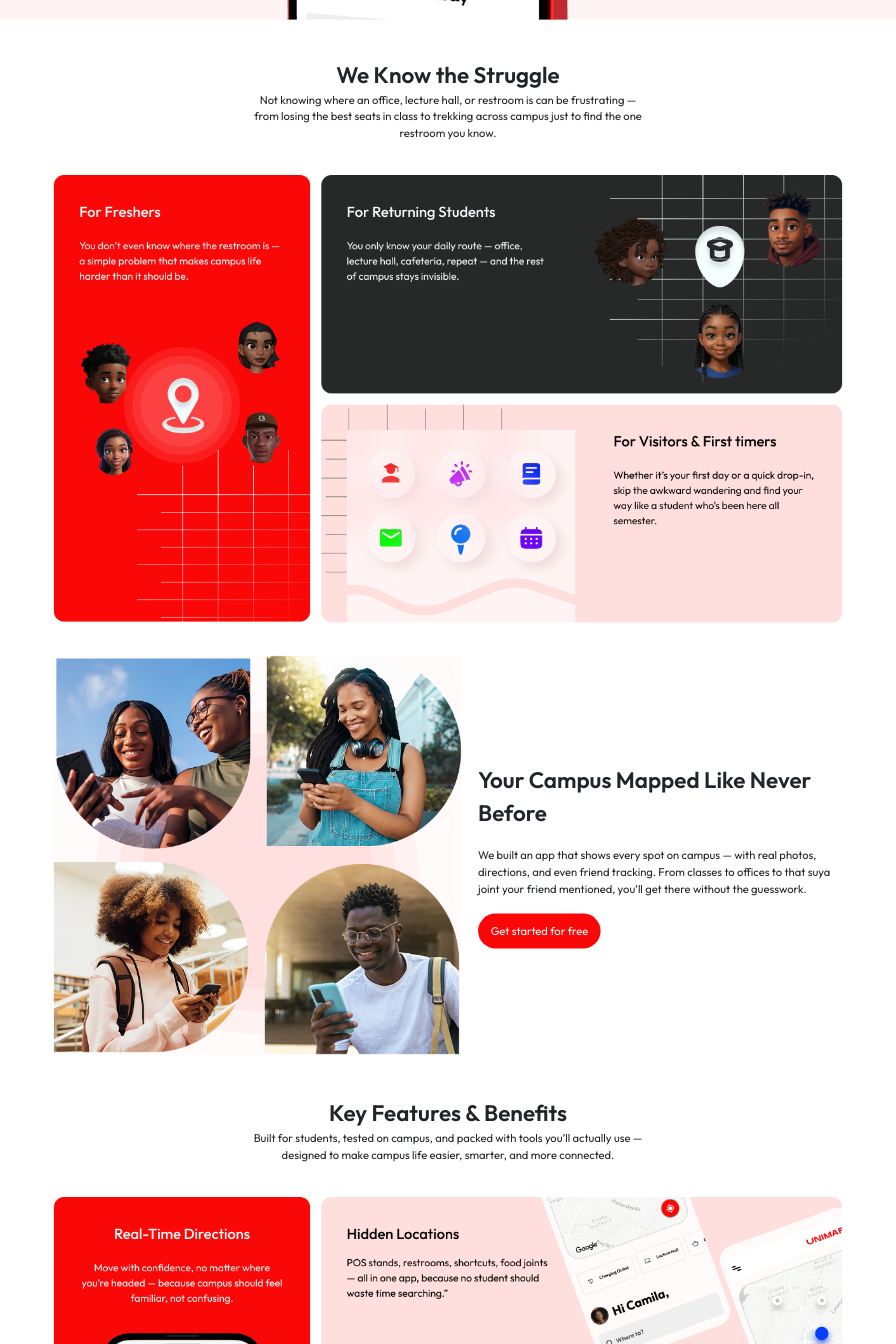
Repository: SahMenz/MUM-website
Page: /#/
The author's editor kept a copy of each file at every save. The page is drawn from the files as they stood at one save, then again after the next save.
The browser window is 1280 px wide. The pictures show the part of the page from y = 1360 to 3280 px (the page is 4570 px tall before and 4552 px after), at 70% of full size.
The project was rebuilt for these pictures with package versions that can differ from the ones it lists, and the page was loaded fresh each time. Also part of the build but not shown: vite.config.js.

Above is the page before, as saved 2025-08-31 00:27:11.

### index.html
<!DOCTYPE html>
<html lang="en">
  <head>
    <meta charset="UTF-8" />
    <link rel="icon" type="image/svg+xml" href="/vite.svg" />
    <link rel="preconnect" href="https://fonts.googleapis.com" />
    <link rel="preconnect" href="https://fonts.gstatic.com" crossorigin />
    <link
      href="https://fonts.googleapis.com/css2?family=Outfit:wght@100..900&display=swap"
      rel="stylesheet"
    />
    <link
      rel="stylesheet"
      href="https://cdn.jsdelivr.net/npm/bootstrap@5.3.5/dist/css/bootstrap.min.css"
      integrity="sha384-SgOJa3DmI69IUzQ2PVdRZhwQ+dy64/BUtbMJw1MZ8t5HZApcHrRKUc4W0kG879m7"
      crossorigin="anonymous"
    />
    <meta name="viewport" content="width=device-width, initial-scale=1.0" />
    <title>MUM</title>
  </head>
  <body>
    <div id="root"></div>
    <script type="module" src="/src/main.jsx"></script>
  </body>
</html>

### src/index.css
*,
*::after,
*::before {
  box-sizing: border-box;
  margin: 0px;
  padding: 0px;
  font-family: "Outfit", sans-serif;
}
button {
  border: none;
}

### src/App.jsx
import { HashRouter, Route, Routes } from "react-router-dom";
import "./App.css";
import ScrollToTop from "./components/scroll/ScrollToTop";
import Home from "./components/home/home";

function App() {
  return (
    <div>
      <HashRouter>
        <ScrollToTop />
        <Routes>
          <Route path="/" element={<Home />} />
        </Routes>
      </HashRouter>
    </div>
  );
}

export default App;

### src/App.css
/* BACKGROUND */
.bg-ff4 {
  background-color: #fff4f4;
}
.bg-ff {
  background-color: #ffffff;
}
.bg-ffb{
  background-color:#FFFBFBCC;
}
.bg-00 {
  background-color: #000000;
}
.bg-fa {
  background-color: #fa0808;
}
.bg-e4 {
  background-color: #e4e4e4;
}
.bg-d3 {
  background-color: #d3d3d3;
}
.bg-ffd {
  background-color: #ffdede;
}
.bg-trans {
  background-color: transparent;
}

/* TEXT COLOR */
.txt-00 {
  color: #000000;
}
.txt-ff {
  color: #ffffff;
}
.txt-f8 {
  color: #f8edd9;
}
.txt-f5 {
  color: #f5ffff;
}
.txt-14 {
  color: #141416;
}
.txt-73 {
  color: #737373;
}

/* FONT WEIGHT */
.fw-100{
  font-weight:100;
}
.fw-200{
  font-weight:200;
}
.fw-300{
  font-weight:300 ;
}
.fw-400{
  font-weight: 400;
}
.fw-500{
  font: weight 500;
}
.fw-600{
  font-weight:600;
}
.fw-700{
  font-weight: 700;
}
.fw-800{
  font-weight: 800;
}
.fw-900{
  font-weight: 900;
}


/* FONT SIZE */
.fs-48 {
  font-size: 26px;
}
.fs-19 {
  font-size: 11px;
}
.fs-13 {
  font-size: 8px;
}
.fs-16 {
  font-size: 9px;
}
.fs-23 {
  font-size: 12px;
}
.fs-25 {
  font-size: 17px;
}
.fs-45 {
  font-size: 22px;
}
.fs-32 {
  font-size: 10px;
}
.fs-11 {
  font-size: 8px;
}
.fs-72 {
  font-size: 26px;
}
.fs-83{
  font-size: 28px;
}
.fs-56{
  font-size: 18px;
}
.fs-63{
  font-size: 22px;
}
@media (min-width: 768px) {
  .fs-48 {
    font-size: 48px;
  }
  .fs-19 {
    font-size: 19px;
  }
  .fs-13 {
    font-size: 13px;
  }
  .fs-16 {
    font-size: 16px;
  }
  .fs-23 {
    font-size: 23px;
  }
  .fs-25 {
    font-size: 25px;
  }
  .fs-43 {
    font-size: 43px;
  }
  .fs-32 {
    font-size: 32px;
  }
  .fs-11 {
    font-size: 11px;
  }
  .fs-72 {
    font-size: 72px;
  }
  .fs-63 {
    font-size: 63px;
  }
  .fs-83{
    font-size: 83px;
  }
  .fs-56{
    font-size: 56px;
  }
}



/* EXTRA */

.alignSelfCenter{
  align-self: center;
}
.alignSelfStart{
  align-self: start;
}
.alignSelfEnd{
  align-self: end;
}
.spacing-50 {
  padding: 30px 77px;
}
@media (max-width: 768px) {
  .spacing-50 {
    padding: 25px 20px;
  }
}

### src/components/scroll/ScrollToTop.jsx
import { useEffect } from "react";
import { useLocation } from "react-router-dom";


export default function ScrollToTop({ evtToChange }){

    const pathname = useLocation().pathname

    useEffect(() => {
        window.scrollTo(0, 0)
    }, [pathname, evtToChange])

    return <div />
}

### src/components/home/home.jsx
import { useRef } from "react";
import About from "../about/about";
import Hero from "../hero/hero";
import Features from "../features/features";
import HowItWorks from "../howItWorks/howItWorks";
import Faqs from "../faqs/faqs";
import Navigation from "../navigation/navigation";

function Home() {
  const refHome = useRef(null);
  const refAbout = useRef(null);
  const refFeatures = useRef(null);
  const refHowItWork = useRef(null);
  const refFaqs = useRef(null);

  const handleHomeClick = () => {
    if (refHome.current) {
      refHome.current.scrollIntoView();
    }
  };
  const handleAboutClick = () => {
    if (refAbout.current) {
      refAbout.current.scrollIntoView();
    }
  };
  const handleFeaturesClick = () => {
    if (refFeatures.current) {
      refFeatures.current.scrollIntoView();
    }
  };
  const handleHowItWorkClick = () => {
    if (refHowItWork.current) {
      refHowItWork.current.scrollIntoView();
    }
  };
  const handleFaqsClick = () => {
    if (refFaqs.current) {
      refFaqs.current.scrollIntoView();
    }
  };

  return (
    <div className="">
      <Navigation
        onHomeClick={handleHomeClick}
        onAboutClick={handleAboutClick}
        onFeaturesClick={handleFeaturesClick}
        onHowItWorkClick={handleHowItWorkClick}
        onFaqsClick={handleFaqsClick}
      />
      <div ref={refHome}>
        <Hero />
      </div>
      <div ref={refAbout}>
        <About />
      </div>
      <div ref={refFeatures}>
        <Features />
      </div>
      <div ref={refHowItWork}>
        <HowItWorks />
      </div>
      <div ref={refFaqs}>
        <Faqs />
      </div>
    </div>
  );
}

export default Home;

### src/components/about/about.jsx
import forFreshers from "../../assets/images/forFreshers.png";
import forReturningStudent from "../../assets/images/forReturningStudent.png";
import forVisitors from "../../assets/images/forVisitors.png";
import yourCampus from "../../assets/images/yourCampus.png";

function About() {
  return (
    <div className="spacing-50 mt-4 d-flex flex-column align-items-center">
      <div className="text-center" style={{ maxWidth: "569px" }}>
        <div className="fs-32 fw-600">We Know the Struggle</div>
        <div className="fs-16 fw-400">
          Not knowing where an office, lecture hall, or restroom is can be
          frustrating — from losing the best seats in class to trekking across
          campus just to find the one restroom you know.
        </div>
      </div>
      <div className="d-flex gap-3 mt-5">
        <div>
          <img src={forFreshers} style={{ width: "100%" }} />
        </div>
        <div className="d-flex gap-3 flex-column">
          <div>
            <img src={forReturningStudent} style={{ width: "100%" }} />
          </div>
          <div>
            <img src={forVisitors} style={{ width: "100%" }} />
          </div>
        </div>
      </div>
      <div className="d-flex justify-content-between col-10 col-lg-12 mt-5 align-items-center gap-4">
        <div><img src={yourCampus} style={{width:"100%"}}/></div>
        <div className="text-start" style={{maxWidth:"520px"}}>
          <div className="fs-32 fw-600">
            Your Campus Mapped Like Never Before
          </div>
          <div className="fs-16 fw-400 my-4">
            We built an app that shows every spot on campus — with real photos,
            directions, and even friend tracking. From classes to offices to
            that suya joint your friend mentioned, you’ll get there without the
            guesswork.
          </div>
          <button
            className="d-flex align-items-center fs-16"
            style={{
              backgroundColor: "#FA0808",
              borderRadius: "40px",
              padding: "13px 18px",
              color: "white",
            }}
          >
            <p className="mb-0 fw-500">Get started for free</p>
          </button>
        </div>
      </div>
    </div>
  );
}

export default About;

### src/components/hero/hero.jsx
import playStore from "../../assets/images/playStore.png";
import appleStore from "../../assets/images/appleStore.png";
import mumOnPhone from "../../assets/images/mumOnPhone.png";
import unCover from "../../assets/images/uncover.svg";
import navigate from "../../assets/images/navigate.svg";
import connect from "../../assets/images/connect.svg";
import "./hero.css";

function Hero() {
  return (
    <div className="bg-ff4  d-flex align-items-center flex-column justify-content-center text-center">
      <div className="spacing-50 fs-63 fw-600">
        Find Every Corner of Your Campus And Your Friends Too.
      </div>
      <div className="spacing-50-adjusted fw-400 fs-19 col-10 col-md-8 ">
        From hidden restrooms and food joints to that one POS that actually
        works — our campus navigation app helps you see what Google doesn’t.{" "}
        <b>Made by students, for students.</b>
      </div>
      <div className="d-flex gap-4 mt-4 spacing-50-adjusted">
        <button
          className="d-flex gap-3 txt-ff bg-00"
          style={{ borderRadius: "10px", padding: "7px 20px" }}
        >
          <img src={playStore} />
          <div className="text-start">
            <div className="fs-11 fw-600">Available on</div>
            <div className="fs-19 fw-600">Google Play</div>
          </div>
        </button>
        <button
          className="d-flex gap-3 txt-ff bg-00"
          style={{ borderRadius: "10px", padding: "7px 20px" }}
        >
          <img src={appleStore} />
          <div className="text-start">
            <div className="fs-11 fw-600">Available on</div>
            <div className="fs-19 fw-600">Apple Store</div>
          </div>
        </button>
      </div>
      <div className="d-flex flex-column align-items-center flex-xl-row wavyBackground justify-content-center pt-3 mt-5 gap-4">
        <div
          className="text-start bg-ffb p-4"
          style={{ maxWidth: "284px",minWidth:"264px", borderRadius: "16px" }}
        >
          <div>
            <img src={unCover} />
          </div>
          <div className="fs-16 fw-500 mt-4 mb-3">
            Uncover Hidden Campus Spots
          </div>
          <div className="fs-13 fw-400">
            Restrooms, food joints, study nooks, and hangout corners — discover
            the places only students talk about. Explore your campus like never
            before.
          </div>
        </div>
        <img src={mumOnPhone} style={{width:"100%", maxWidth:"427px"}}/>
        <div className="d-flex flex-column gap-5">
          {/* <div> */}
          <div
            className="text-start bg-ffb p-4 ms-5"
            style={{ maxWidth: "284px",minWidth:"248px", borderRadius: "16px" }}
          >
            <div>
              <img src={navigate} />
            </div>
            <div className="fs-16 fw-500 mt-4 mb-3">
              Navigate Shortcuts With Ease
            </div>
            <div className="fs-13 fw-400">
              Forget long detours and confusing hallways. Find the fastest paths
              to classes, hostels, or food spots, and always arrive on time.
            </div>
          </div>
          <div className="d-none d-lg-block" style={{height:"4vh", maxHeight:"200px"}}>

          </div>
          <div
            className="text-start bg-ffb p-4"
            style={{ maxWidth: "284px",minWidth:"250px", borderRadius: "16px" }}
          >
            <div>
              <img src={connect} />
            </div>
            <div className="fs-16 fw-500 mt-4 mb-3">
              Connect Faster With Friends
            </div>
            <div className="fs-13 fw-400">
              From group projects to lunch breaks, see where your circle is and
              link up instantly. Campus life is better together.
            </div>
          </div>
          {/* </div> */}
        </div>
      </div>
    </div>
  );
}

export default Hero;

### src/components/features/features.jsx
import photoBased from "../../assets/images/photoBased.png";
import builtByStudents from "../../assets/images/builtByStudent.png";
import realTimeDirections from "../../assets/images/realTimeDirections.png";
import hiddenLocation from "../../assets/images/hiddenLocation.png";
import trustedBy from "../../assets/images/trustedBy.png";
import friendPinging from "../../assets/images/friendPinging.png";
function Features() {
  return (
    <div className="d-flex flex-column align-items-center justify-content-center spacing-50">
      <div className="text-center" style={{ maxWidth: "567px" }}>
        <div className="fs-32 fw-600">Key Features & Benefits</div>
        <div className="fs-16 fw-400">
          Built for students, tested on campus, and packed with tools you’ll
          actually use — designed to make campus life easier, smarter, and more
          connected.
        </div>
      </div>

      <div className="d-flex gap-3 flex-column mt-5">
        <div className="d-flex gap-3">
          <div><img src={realTimeDirections} style={{ width: "100%" }} /></div>
          <div className="d-flex flex-column">
            <div><img src={hiddenLocation} style={{ width: "100%" }} /></div>
            <div className="d-flex gap-3">
              <div><img src={trustedBy} style={{ width: "100%" }} /></div>
              <div><img src={friendPinging} style={{ width: "100%" }} /></div>
            </div>
          </div>
        </div>
        <div className="d-flex gap-3">
          <div>
            <img src={photoBased} style={{ width: "100%" }} />
          </div>
          <div>
            <img src={builtByStudents} style={{ width: "100%" }} />
          </div>
        </div>
      </div>
    </div>
  );
}

export default Features;

### src/components/howItWorks/howItWorks.jsx
import React from 'react'

function HowItWorks() {
  return (
    <div>HowItWorks</div>
  )
}

export default HowItWorks

### src/components/faqs/faqs.jsx
import { useState } from "react";
import CustomSvg from "../customSvg/CustomSvg";
import "./faq.css";

function Faq() {
  const [open, setOpen] = useState(false);
  const [open1, setOpen1] = useState(false);
  const [open2, setOpen2] = useState(false);
  const [open3, setOpen3] = useState(false);
  const [open4, setOpen4] = useState(false);

  return (
    <div className="mt-5 txt-00">
      <div style={{ maxWidth: "454px", margin: "auto", textAlign: "center" }}>
        <div className="d-flex align-items-center justify-content-center">
          <div
            style={{
              width: "30px",
              height: "2px",
              backgroundColor: "white",
              borderRadius: "3px",
              marginRight: "15px",
            }}
          ></div>
          <div className="fs-19 fw-600">FAQs</div>
        </div>
        <div className="fs-45 fw-600 mb-5">
          Have Inquiries? Find Answers Here.
        </div>
      </div>
      <div>
        <div
          className="collapseMargin bg-ffd"
          onClick={() => setOpen(!open)}
          style={{ cursor: "pointer", padding: "20px", borderRadius: "10px" }}
        >
          <div className="d-flex align-items-center justify-content-between">
            <div className="fs-23 fw-500">Is MyUniMap free?</div>
            {open && (
              <div>
                <CustomSvg name="minus" />
              </div>
            )}
            {!open && (
              <div>
                <CustomSvg name="plus" />
              </div>
            )}
          </div>
          {open && (
            <div className="mt-4 fs-19 fw-400 txt-00">
              Yes. You can download and use the app free during early access.
            </div>
          )}
        </div>

        <div
          className="collapseMargin bg-ffd"
          onClick={() => setOpen1(!open1)}
          style={{ cursor: "pointer", padding: "20px", borderRadius: "10px" }}
        >
          <div className="d-flex align-items-center justify-content-between">
            <div className="fs-23 fw-500">Does it work on IOS?</div>
            {open1 && (
              <div>
                <CustomSvg name="minus" />
              </div>
            )}
            {!open1 && (
              <div>
                <CustomSvg name="plus" />
              </div>
            )}
          </div>
          {open1 && <div className="mt-4 fs-19 fw-400 txt-00">blahhhh</div>}
        </div>

        <div
          className="collapseMargin bg-ffd "
          onClick={() => setOpen2(!open2)}
          style={{ cursor: "pointer", padding: "20px", borderRadius: "10px" }}
        >
          <div className="d-flex align-items-center justify-content-between">
            <div className="fs-23 fw-500">
              Will it track someone without their permission?{" "}
            </div>
            {open2 && (
              <div>
                <CustomSvg name="minus" />
              </div>
            )}
            {!open2 && (
              <div>
                <CustomSvg name="plus" />
              </div>
            )}
          </div>
          {open2 && <div className="mt-4 fs-19 fw-400 txt-00">blahhh</div>}
        </div>

        <div
          className="collapseMargin bg-ffd"
          onClick={() => setOpen3(!open3)}
          style={{ cursor: "pointer", padding: "20px", borderRadius: "10px" }}
        >
          <div className="d-flex align-items-center justify-content-between">
            <div className="fs-23 fw-500">Do I need internet?</div>
            {open3 && (
              <div>
                <CustomSvg name="minus" />
              </div>
            )}
            {!open3 && (
              <div>
                <CustomSvg name="plus" />
              </div>
            )}
          </div>
          {open3 && <div className="mt-4 fs-19 fw-400 txt-00">Ask Alpha</div>}
        </div>

        <div
          className="collapseMargin bg-ffd "
          onClick={() => setOpen4(!open4)}
          style={{ cursor: "pointer", padding: "20px", borderRadius: "10px" }}
        >
          <div className="d-flex align-items-center justify-content-between">
            <div className="fs-23 fw-500">
              What makes MyUniMap different from Google map?
            </div>
            {open4 && (
              <div>
                <CustomSvg name="minus" />
              </div>
            )}
            {!open4 && (
              <div>
                <CustomSvg name="plus" />
              </div>
            )}
          </div>
          {open4 && (
            <div className="mt-4 fs-19 fw-400 txt-00">
              Guy dont disturb me just go use am if u like
            </div>
          )}
        </div>
      </div>
    </div>
  );
}

export default Faq;

### src/components/hero/hero.css
.spacing-50-adjusted{
    padding: 20px 77px;
}
.wavyBackground{
    background-image: url(../../assets/images/wavyLine.png);
    background-repeat: no-repeat;
    background-size: contain;
    background-position: center;
    width: 100%;
}
@media (max-width: 768px) {
  .spacing-50-adjusted {
    padding: 10px 20px;
  }
}

### src/components/customSvg/CustomSvg.jsx
export default function CustomSvg({ name, color, width, height }) {
  return  name === "plus" ? (
    <svg
      width="22"
      height="23"
      viewBox="0 0 22 23"
      fill="black"
      xmlns="http://www.w3.org/2000/svg"
    >
      <path
        d="M20.4286 13.4381H12.5714V21.2953C12.5714 22.1596 11.8643 22.8667 11 22.8667C10.1357 22.8667 9.42857 22.1596 9.42857 21.2953V13.4381H1.57143C0.707143 13.4381 0 12.731 0 11.8667C0 11.0024 0.707143 10.2953 1.57143 10.2953H9.42857V2.43813C9.42857 1.57384 10.1357 0.866699 11 0.866699C11.8643 0.866699 12.5714 1.57384 12.5714 2.43813V10.2953H20.4286C21.2929 10.2953 22 11.0024 22 11.8667C22 12.731 21.2929 13.4381 20.4286 13.4381Z"
        fill="#000"
      />
    </svg>
  ) : name === "minus" ? (
    <svg
      width="26"
      height="5"
      viewBox="0 0 26 5"
      fill="black"
      xmlns="http://www.w3.org/2000/svg"
    >
      <path
        id="Vector"
        d="M2 2.3667H24"
        stroke="black"
        strokeWidth="4"
        strokeLinecap="round"
        strokeLinejoin="round"
      />
    </svg>
  ) : (
    <></>
  );
}

### src/components/faqs/faq.css
.collapseMargin {
  margin: 20px 80px 0px 80px;
}
@media (max-width: 768px) {
  .collapseMargin {
    margin: 25px 20px;
  }
}

Loaded but not shown: src/main.jsx (common file); src/components/navigation/navigation.jsx (237 lines, source omitted)

After the next save:
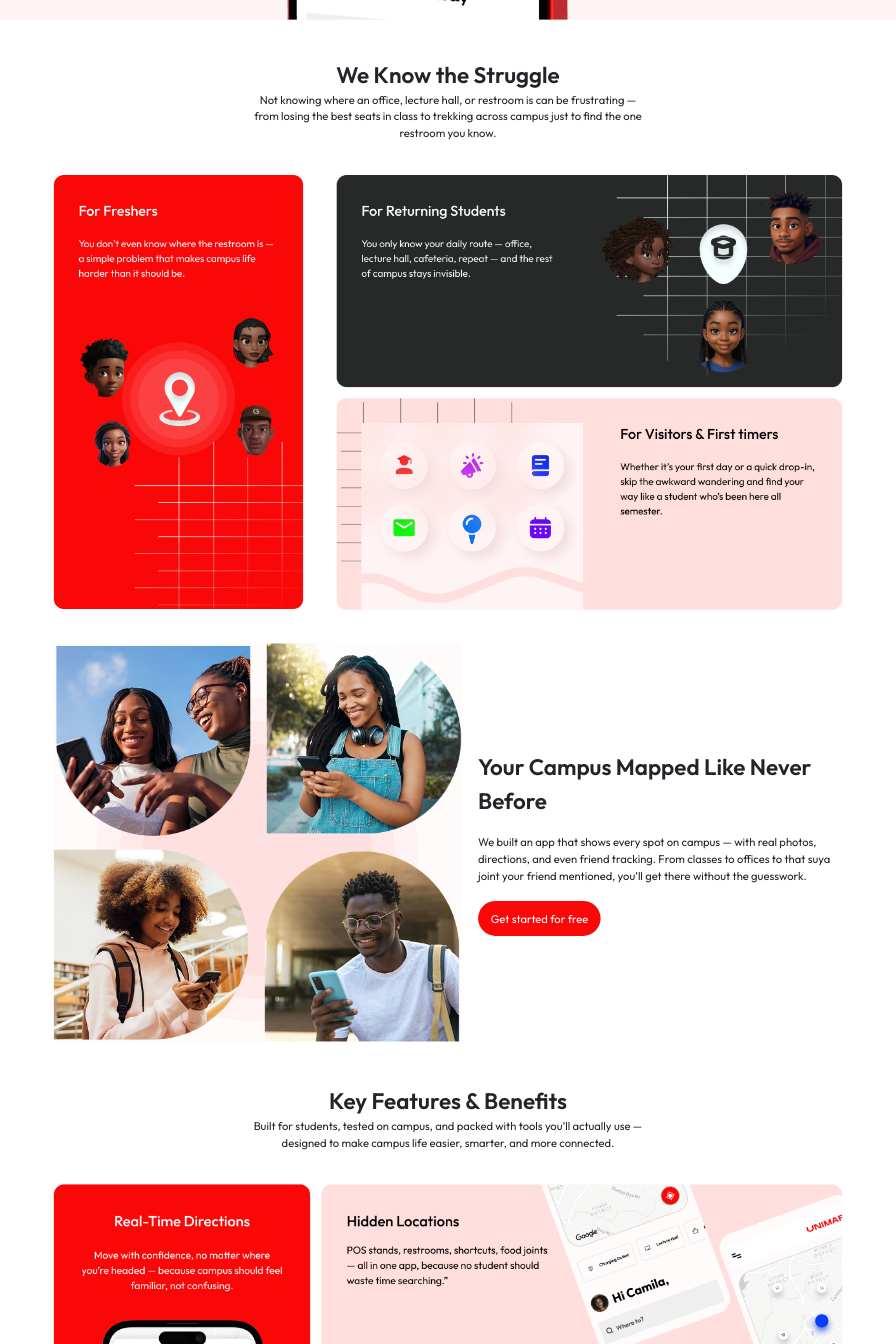
Saved 2 min 47 s later.
--- a/src/components/about/about.jsx
+++ b/src/components/about/about.jsx
@@ -14,7 +14,7 @@
           campus just to find the one restroom you know.
         </div>
       </div>
-      <div className="d-flex gap-3 mt-5">
+      <div className="d-flex gap-3 gap-lg-5 mt-5">
         <div>
           <img src={forFreshers} style={{ width: "100%" }} />
         </div>
